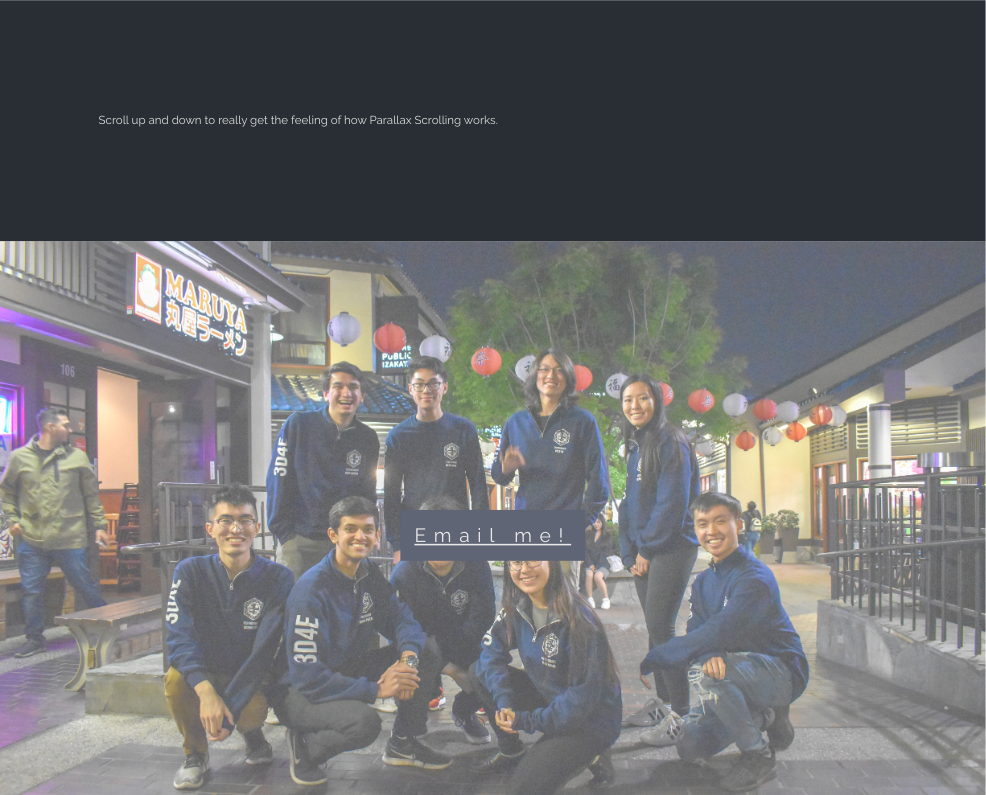
Repository: aliyuanh/me
Page: index.html
The author's editor kept a copy of each file at every save. The page is drawn from the files as they stood at one save, then again after the next save.
The browser window is 1280 px wide. The pictures show the part of the page from y = 1986 to 3531 px (the page is 3019 px tall before and 3531 px after), at 77% of full size.

Above is the page before, as saved 2020-09-17 12:43:02.

### index.html
<!DOCTYPE html>
<html>

<head>
    <link href="https://fonts.googleapis.com/css2?family=Raleway:ital,wght@0,100;0,400;1,400;1,500&display=swap" rel="stylesheet">
    <meta name="viewport" content="width=device-width, initial-scale=1">
    <style>
         :root {
            --oxford-blue: #0b132bff;
            --space-cadet: #1c2541ff;
            --cadet-blue: #4da1a9ff;
            --wheat: #edd4b2ff;
            --mountbatten-pink: #9a7aa0ff;
        }

        body,
        html {
            height: 100%;
            margin: 0;
            font: 400 15px/1.8 "Raleway", sans-serif;
            color: #777;
        }

        .bgimg-1,
        .bgimg-2,
        .bgimg-3 {
            position: relative;
            opacity: 0.65;
            background-attachment: fixed;
            background-position: center;
            background-repeat: no-repeat;
            background-size: cover;
        }

        .bgimg-1 {
            background-image: url("img/tokyo.jpg");
            min-height: 100%;
        }

        .bgimg-2 {
            background-image: url("img/imagineering.jpg");
            min-height: 400px;
        }

        .bgimg-3 {
            background-image: url("img/cmmnd.png");
            min-height: 400px;
        }

        .caption {
            position: absolute;
            left: 0;
            top: 50%;
            width: 100%;
            text-align: center;
            color: #000;
        }

        .caption span.border {
            background-color: var(--oxford-blue);
            color: var(--wheat);
            padding: 18px;
            font-size: 25px;
            letter-spacing: 10px;
        }

        h3 {
            letter-spacing: 5px;
            text-transform: uppercase;
            font: 20px "Raleway", sans-serif;
            color: #111;
        }
        /* Turn off parallax scrolling for tablets and phones */

        .toResume {
            top: 10%;
            width: 100%;
            right: 10%;
            text-align: right;
            color: #000;
            position: absolute;
        }

        .resumeButton {
            background-color: var(--space-cadet);
            color: var(--wheat);
            padding: 18px;
            font-size: 16px;
            letter-spacing: 6px;
        }

        .headers {
            padding: 18px;
            font-size: 25px;
            letter-spacing: 10px;
            background-color: transparent;
            font-size: 35px;
            color: var(--wheat);
        }

        .blockForText {
            color: #ddd;
            background-color: #282E34;
            text-align: center;
            padding: 10% 10%;
            text-align: justify;
        }

        .titleForBlock {
            color: var(--wheat);
            background-color: transparent;
            text-align: center;
            top: 1em;
            font-size: x-large;
            text-shadow: 2px 2px 4px #000;
        }

        @media only screen and (max-device-width: 1024px) {
            .bgimg-1,
            .bgimg-2,
            .bgimg-3 {
                background-attachment: scroll;
            }
        }
        /* CSS HEX */
    </style>
</head>

<body>

    <div class="bgimg-1">
        <div class="toResume">
            <a class="resumeButton" href="https://drive.google.com/file/d/1WPi9M0jbwAtVQjWsxIvFWxaKqeurGUjf/view?usp=sharing">RESUME</a>
        </div>
        <div class="caption">
            <span class="border">AMANDA HAN</span>
        </div>
    </div>

    <div style="color: #777;background-color:white;text-align:center;padding:50px 80px;text-align: justify;">
        <h3 style="text-align:center;">Hi! I'm Amanda.</h3>
        <p>I'm a software developer interested in computer graphics and computer vision. Right now, I'm a junior Computer Science major at UCLA (go Bruins!). You can take a look at my professional work as an intern at Walt Disney Imagineering and Dolby Laboratories,
            as well as my computer graphics work down below.
        </p>
    </div>

    <div class="bgimg-2">
        <div class="caption">
            <span class="headers">PROFESSIONAL EXPERIENCE</span>
        </div>
    </div>

    <div style="position:relative;">
        <div style="color:#ddd;background-color:#282E34;text-align:center;padding:50px 80px;text-align: justify;">
            <p class="titleForBlock">Walt Disney Imagineering</p>
            <p>Scroll up and down to really get the feeling of how Parallax Scrolling works.</p>
        </div>
    </div>

    <div class="bgimg-3">
        <div class="caption">
            <span class="border" style="background-color:transparent;font-size:25px;color: #f7f7f7;">SCROLL UP</span>
        </div>
    </div>

    <div style="position:relative;">
        <div class="blockForText">
            <p>Scroll up and down to really get the feeling of how Parallax Scrolling works.</p>
        </div>
    </div>

    <div class="bgimg-1">
        <div class="caption">
            <span class="border"><a href="mailto: aliyuanh@ucla.edu" style="color:#ddd ">Email me!</a></span>
        </div>
    </div>

</body>

</html>

After the next save:
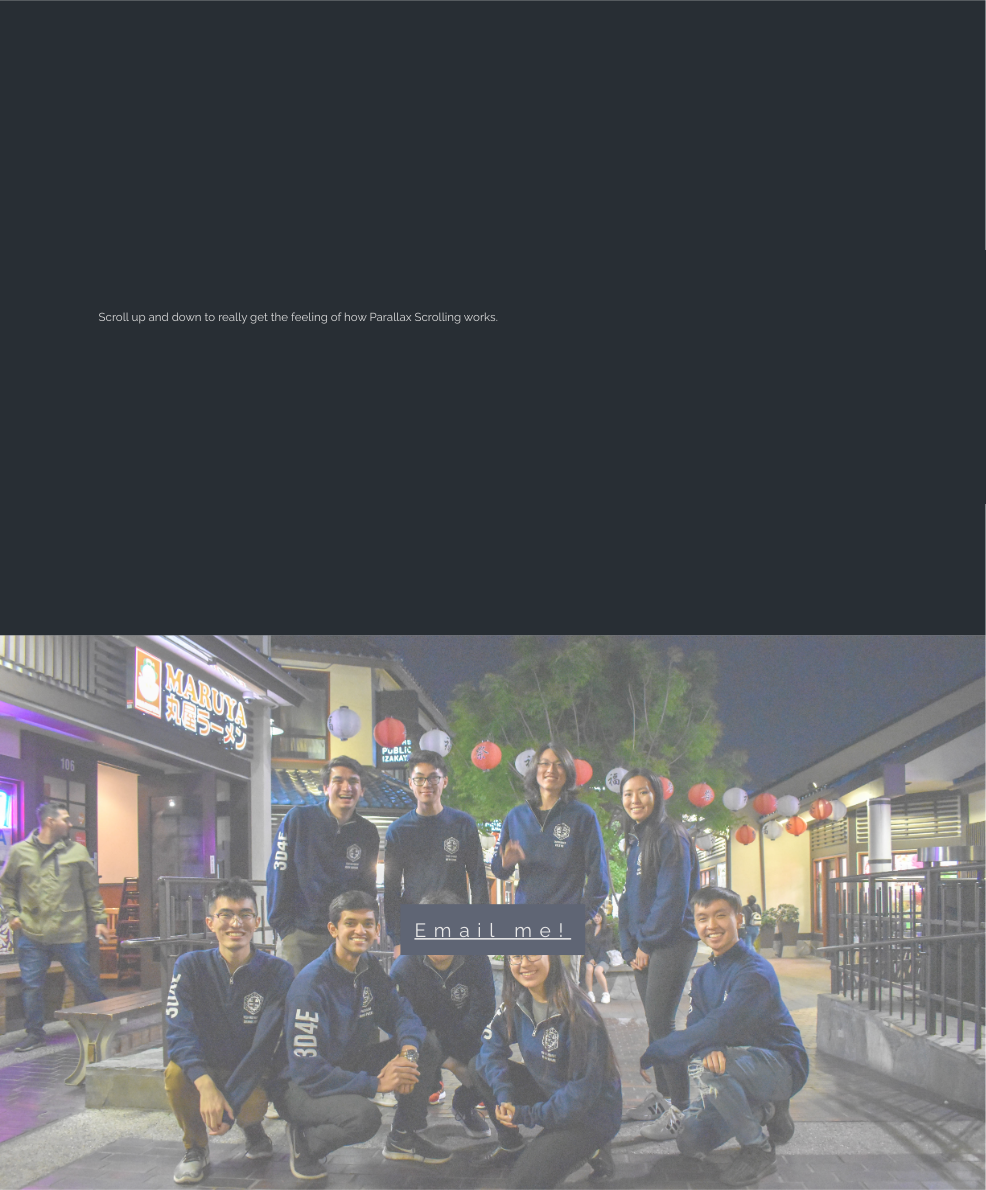
Saved 9 s later.
--- a/index.html
+++ b/index.html
@@ -102,7 +102,7 @@
             color: #ddd;
             background-color: #282E34;
             text-align: center;
-            padding: 10% 10%;
+            padding: 30% 10%;
             text-align: justify;
         }
 
